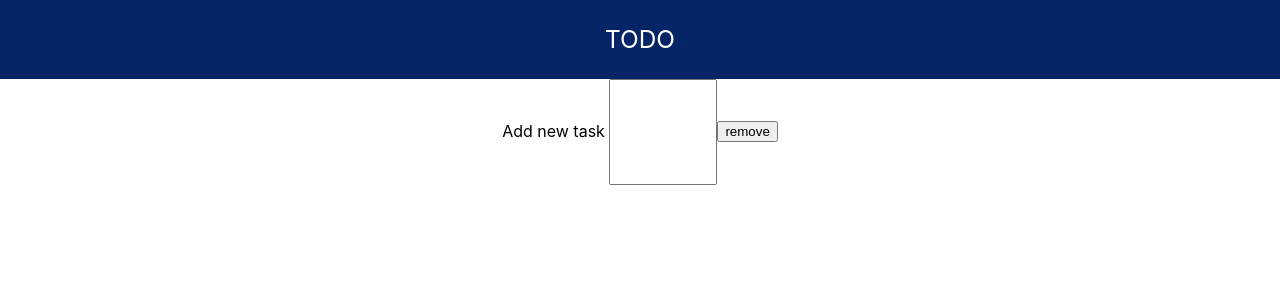
Repository: Shams97/Todo-app
Page: /
An editor plug-in stored every save of this project. The page is shown before and after the next save, followed by the edit.
The browser window is 1280 px wide. The pictures show the whole page.
The project was rebuilt for these pictures with package versions that can differ from the ones it lists, and the page was loaded fresh each time.

Above is the page before, as saved 2021-06-26 20:29:01.

### src/App.js
import logo from './logo.svg';
import './App.css';

function App() {
  return (
    <div className="App">
      <header className="App-header">
            <p> TODO </p>
      </header>
        <div className="container">
          <label>Add new task </label> <input className="task_input"/>
          <button>remove</button>
        </div>
    </div>
  );
}

export default App;

### src/App.css
.App {
  text-align: center;
}

.App-logo {
  height: 40vmin;
  pointer-events: none;
}
.task_input {
  width:100px;
  height:100px;
}

@media (prefers-reduced-motion: no-preference) {
  .App-logo {
    animation: App-logo-spin infinite 20s linear;
  }
}

.App-header {
  background-color: #052566;
  min-height: 10vh;

  display: flex;
  flex-direction: column;
  align-items: center;
  justify-content: center;
  font-size: calc(10px + 2vmin);
  color: white;
}


@keyframes App-logo-spin {
  from {
    transform: rotate(0deg);
  }
  to {
    transform: rotate(360deg);
  }
}

Loaded but not shown: public/index.html (common file); src/index.js (common file); src/index.css (common file); src/reportWebVitals.js (common file)

After the next save:
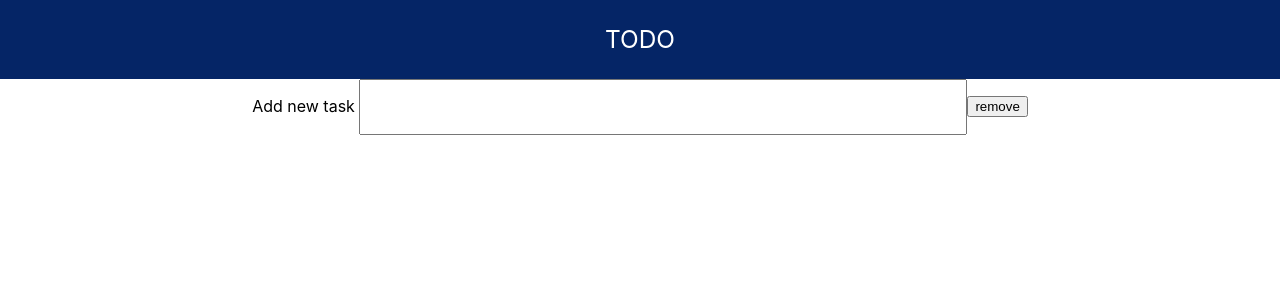
Saved 11 s later.
--- a/src/App.css
+++ b/src/App.css
@@ -7,8 +7,8 @@
   pointer-events: none;
 }
 .task_input {
-  width:100px;
-  height:100px;
+  width:600px;
+  height:50px;
 }
 
 @media (prefers-reduced-motion: no-preference) {
